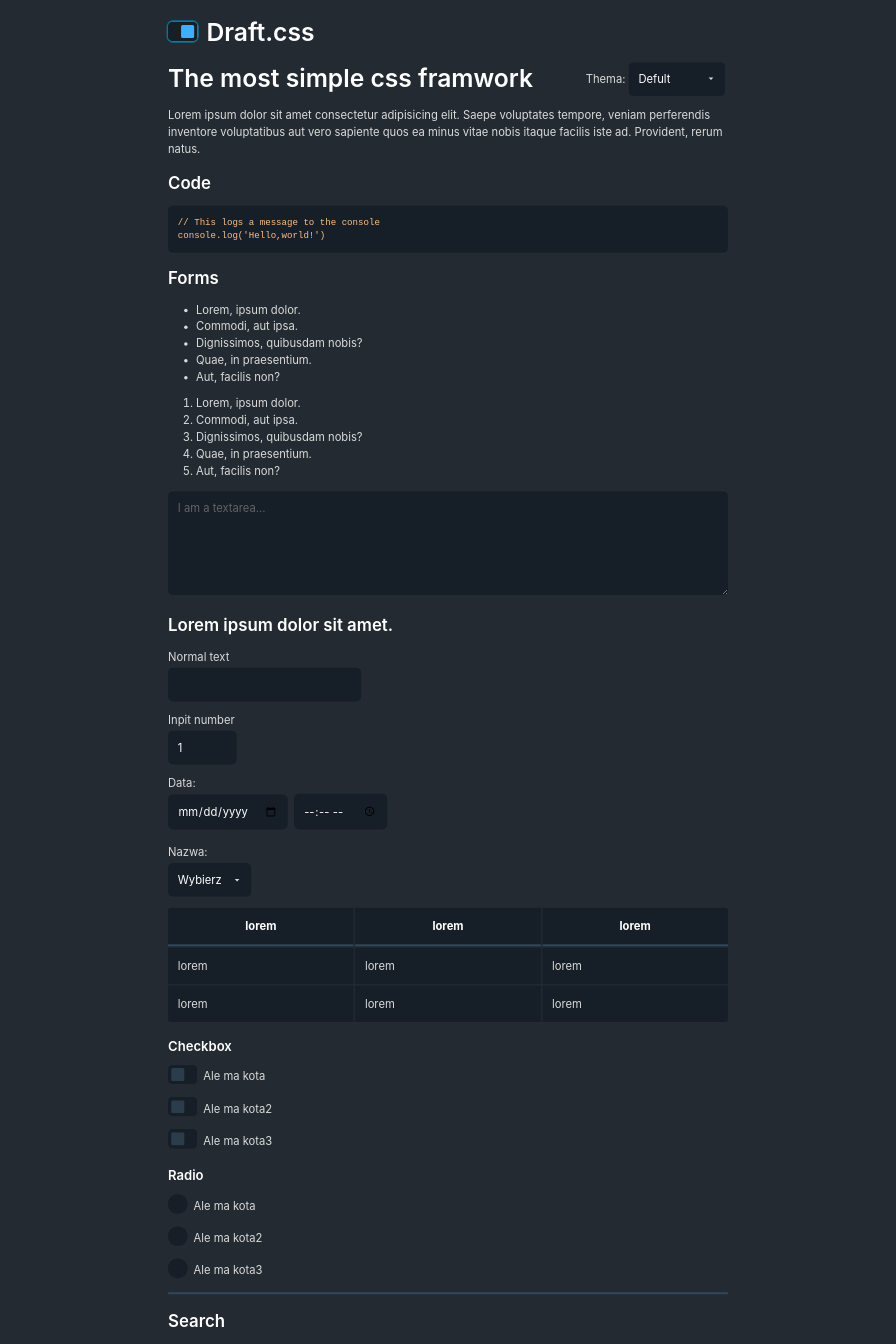
Repository: KozakBartosz/Draft
Page: index.html
These files come from the project's save history. The page is drawn as it stood at one moment and after the next save; the edit follows.
The browser window is 1280 px wide. The pictures show the part of the page from y = 0 to 1920 px (the page is 3535 px tall before and 3549 px after), at 70% of full size.

Above is the page before, as saved 2019-04-12 08:09:05.

### index.html
<!DOCTYPE html>
<html lang="en">
	<head>
		<meta charset="UTF-8" />
		<meta name="viewport" content="width=device-width, initial-scale=1.0" />
		<meta http-equiv="X-UA-Compatible" content="ie=edge" />
		<title>Draft.css</title>
		<link rel="stylesheet" href="draft.css" />
	</head>
	<body>
		<h1><input type="checkbox" checked="checked" /> Draft.css</h1>
		<div style="float: right">
			Thema:
			<select name="" id="changethema">
				<option value="0">Defult</option>
				<option value="1">Defult mini</option>
				<option value="2">Light</option>
				<option value="3">Blood</option>
				<option value="4">Matrix</option>
			</select>
		</div>
		<h1>The most simple css framwork</h1>

		<p>
			Lorem ipsum dolor sit amet consectetur adipisicing elit. Saepe
			voluptates tempore, veniam perferendis inventore voluptatibus aut
			vero sapiente quos ea minus vitae nobis itaque facilis iste ad.
			Provident, rerum natus.
		</p>

		<h2>Code</h2>
		<pre><code>// This logs a message to the console<br />console.log('Hello,world!')</code></pre>
		<h2>Forms</h2>

		<ul>
			<li>Lorem, ipsum dolor.</li>
			<li>Commodi, aut ipsa.</li>
			<li>Dignissimos, quibusdam nobis?</li>
			<li>Quae, in praesentium.</li>
			<li>Aut, facilis non?</li>
		</ul>
		<ol>
			<li>Lorem, ipsum dolor.</li>
			<li>Commodi, aut ipsa.</li>
			<li>Dignissimos, quibusdam nobis?</li>
			<li>Quae, in praesentium.</li>
			<li>Aut, facilis non?</li>
		</ol>
		<textarea
			name="about"
			id="about"
			placeholder="I am a textarea..."
			rows="6"
		></textarea>
		<h2>Lorem ipsum dolor sit amet.</h2>
		<label>
			Normal text
			<input type="text" />
		</label>
		<label>
			Inpit number <input type="number" / value="1">
		</label>
		Data:
		<div>
			<input type="date" />
			<input type="time" />
		</div>
		<label>
			Nazwa:
			<select name="" id="">
				<option value="">Wybierz</option>
				<option value="">jeden</option>
				<option value="">dwa</option>
				<option value="">trzy</option>
			</select>
		</label>

		<table>
			<tr>
				<th>lorem</th>
				<th>lorem</th>
				<th>lorem</th>
			</tr>
			<tr>
				<td>lorem</td>
				<td>lorem</td>
				<td>lorem</td>
			</tr>
			<tr>
				<td>lorem</td>
				<td>lorem</td>
				<td>lorem</td>
			</tr>
		</table>

		<h3>Checkbox</h3>
		<label> <input type="checkbox" /> Ale ma kota </label>

		<label> <input type="checkbox" /> Ale ma kota2 </label>

		<label> <input type="checkbox" /> Ale ma kota3 </label>

		<h3>Radio</h3>
		<label> <input type="radio" name="radio" /> Ale ma kota </label>
		<label> <input type="radio" name="radio" /> Ale ma kota2 </label>
		<label> <input type="radio" name="radio" /> Ale ma kota3 </label>

		<hr />

		<h2>Search</h2>

		<fieldset class="search">
			<legend>Szukaj</legend>
			<form action="produkty,szukaj" method="get">
				<input
					type="text"
					name="q"
					placeholder="Wpisz czego szukasz..."
				/>
				<button>Szukaj</button>
			</form>
		</fieldset>

		<h2>Change button color by html</h2>

		<h2>Code</h2>
		<pre><code>&lt;button&gt;Exit&lt;/button&gt;<br>&lt;button style="--button: #7e1616; --buttonhover: #b40d0d;"&gt;
	Ok<br>&lt;/button&gt;</code></pre>

		<h3>result</h3>
		<button>Exit</button>
		<button style="--button: #7e1616; --buttonhover: #b40d0d;">
			Ok
		</button>

		<h2>Details</h2>

		<details>
			<summary>Szczypta detali</summary>
			<p>Informacje szczegółowe na dany temat.</p>
		</details>

		<details open>
			<summary>Jeszcze wiecej szczegółów</summary>
			<p>Tu jest jeszcze wiecej informacji szczegółowych</p>
		</details>

		<h2>Real Form</h2>

		<form>
			<label for="email">Email</label>
			<input
				type="email"
				name="email"
				id="email"
				placeholder="john.doe@gmail.com"
			/>

			<label for="id">User id (read only)</label>
			<input readonly="" name="id" id="id" value="04D6H89Z" />

			<label for="disabled">Random disabled input</label>
			<input
				disabled=""
				name="disabled"
				id="disabled"
				placeholder="Because why not?"
			/>

			<label for="about">About me</label>

			<input type="checkbox" name="remember" id="remember" checked="" />
			<label for="remember">Remember me</label>

			<input type="submit" />
		</form>

		<p>
			<strong>Lorem ipsum</strong> dolor sit,
			<a href="">amet consectetur adipisicing</a> elit.
			<i>Hic nobis</i> atque eligendi voluptatum doloribus rem praesentium
			veniam quo delectus explicabo, architecto ipsam ipsa unde vitae
			excepturi iusto nesciunt placeat ducimus.
		</p>
		<p>
			Lorem ipsum dolor sit amet consectetur adipisicing elit. Enim saepe
			quisquam delectus accusantium nam recusandae obcaecati ullam, non
			neque <a href="">commodi modi tempore </a>magni magnam. Tenetur
			officiis mollitia facere libero sint.
		</p>
		<h4>Lorem ipsum dolor sit amet.</h4>
		<p>
			Lorem ipsum dolor, sit amet consectetur adipisicing elit. Possimus,
			vero quibusdam. Rerum libero nihil aspernatur, ipsam vel voluptatem
			inventore quasi. Odit, sapiente? Delectus beatae laudantium sapiente
			cupiditate et libero? Corrupti.
		</p>

		<button>Send</button>
		<script>
			var themes = [
				[
					{ brand: "#41adff" },
					{ mainbg: "#232a31" },
					{ mainpaddng: "14px" },
					{ radius: "7px" },

					{ low: "#161f27" },
					{ like: "#2b3c4b" },
					{ midi: "#324759" },
					{ hight: "#0b7392" },

					{ text: "#dbdbdb" },
					{ textContrast: "#fff" },

					{ code: "#ffbe85" },

					{ button: "#2b3c4a" },
					{ buttonhover: "#334a5e" },
					{ buttontext: "#fff" },

					{ fillhover: "#1b2731" }
				],
				[
					{ brand: "#41adff" },
					{ mainbg: "#232a31" },
					{ mainpaddng: "12px" },
					{ radius: "12px" },

					{ low: "#161f27" },
					{ like: "#2b3c4b" },
					{ midi: "#324759" },
					{ hight: "#0b7392" },

					{ text: "#dbdbdb" },
					{ textContrast: "#fff" },

					{ code: "#ffbe85" },

					{ button: "#2b3c4a" },
					{ buttonhover: "#334a5e" },
					{ buttontext: "#fff" },

					{ fillhover: "#1b2731" }
				],
				[
					{ brand: "#41adff" },
					{ mainbg: "#ffffff" },
					{ mainpaddng: "14px" },
					{ radius: "7px" },

					{ low: "#e8f1fa" },
					{ like: "#cfe2f7" },
					{ midi: "#b2cee7" },
					{ hight: "#1db5e4" },

					{ text: "#3f4646" },
					{ textContrast: "#1a1f1f" },

					{ code: "#20595f" },

					{ button: "#3dcca1" },
					{ buttonhover: "#34e0ad" },
					{ buttontext: "#fff" },

					{ fillhover: "#e8f5ff" }
				],
				[
					{ mainpaddng: "18px" },
					{ radius: "3px" },
					{ brand: "#c21a1a" },
					{ mainbg: "#312323" },

					{ code: "#ffbe85" },

					{ text: "#dbdbdb" },
					{ textContrast: "#fff" },

					{ button: "#4a2b2b" },
					{ buttonhover: "#5e3333" },
					{ buttontext: "#fff" },

					{ fillhover: "#311b1b" },

					{ low: "#271616" },
					{ like: "#4b2b2b" },
					{ midi: "#593232" },
					{ hight: "#800f0f" }
				],
				[
					{ mainpaddng: "11px" },
					{ radius: "13px" },
					{ brand: "#1ac260" },
					{ mainbg: "#233126" },

					{ code: "#c0ff85" },

					{ text: "#dbdbdb" },
					{ textContrast: "#fff" },

					{ button: "#324a2b" },
					{ buttonhover: "#385e33" },
					{ buttontext: "#fff" },

					{ fillhover: "#1b3122" },

					{ low: "#162717" },
					{ like: "#2b4b2e" },
					{ midi: "#32593f" },
					{ hight: "#0f803a" }
				]
			];

			let changethema = document.getElementById("changethema");
			let root = document.documentElement;
			changethema.addEventListener("change", e => {
				console.log(e);
				var theme = themes[e.target.value];
				theme.forEach(element => {
					var k = Object.keys(element)[0];
					root.style.setProperty("--" + k, element[k]);
				});
			});
		</script>
	</body>
</html>

### draft.css
/* TO DO */
/* <details> */
:root {
	--brand: #41adff;
	--mainbg: #232a31;
	--mainpaddng: 14px;
	--radius: 7px;

	--low: #161f27;
	--like: #2b3c4b;
	--midi: #324759;
	--hight: #0b7392;

	--text: #dbdbdb;
	--textContrast: #fff;

	--code: #ffbe85;

	--button: #2b3c4a;
	--buttonhover: #334a5e;
	--buttontext: #fff;

	--fillhover: #1b2731;
}
/*
:root {
	--brand: #41adff;
	--mainbg: #ffffff;
	--mainpaddng: 14px;
	--radius: 7px;

	--low: #e8f1fa;
	--like: #cfe2f7;
	--midi: #b2cee7;
	--hight: #1db5e4;

	--text: #3f4646;
	--textContrast: #1a1f1f;

	--code: #20595f;

	--button: #3dcca1;
	--buttonhover: #34e0ad;
	--buttontext: #fff;

	--fillhover: #e8f5ff;
} */

/* :root {
	--mainpaddng: 18px;
	--radius: 3px;
	--brand: #c21a1a;
	--mainbg: #312323;

	--code: #ffbe85;

	--text: #dbdbdb;
	--textContrast: #fff;

	--button: #4a2b2b;
	--buttonhover: #5e3333;
	--buttontext: #fff;

	--fillhover: #311b1b;

	--low: #271616;
	--like: #4b2b2b;
	--midi: #593232;
	--hight: #800f0f;
} */

/* :root {
	--mainpaddng: 11px;
	--radius: 13px;
	--brand: #1ac260;
	--mainbg: #233126;

	--code: #c0ff85;

	--text: #dbdbdb;
	--textContrast: #fff;

	--button: #324a2b;
	--buttonhover: #385e33;
	--buttontext: #fff;

	--fillhover: #1b3122;

	--low: #162717;
	--like: #2b4b2e;
	--midi: #32593f;
	--hight: #0f803a;
} */
body {
	font-family: -apple-system, BlinkMacSystemFont, "Segoe UI", "Roboto",
		"Oxygen", "Ubuntu", "Cantarell", "Fira Sans", "Droid Sans",
		"Helvetica Neue", sans-serif;
	line-height: 1.5;
	max-width: 800px;
	margin: 20px auto;
	padding: 0 var(--mainpaddng);
	color: var(--text);
	background: var(--mainbg);
	text-rendering: optimizeLegibility;
}

label {
	display: block;
}

button,
input,
textarea {
	vertical-align: middle;
	transition: background-color 0.2s ease, box-shadow 0.2s ease,
		transform 0.2s ease;
}
h1 {
	font-size: 2.2em;
	margin-top: 0;
}
h1,
h2,
h3,
h4,
h5,
h6 {
	margin-bottom: 12px;
}
h1,
h2,
h3,
h4,
h5,
h6,
strong {
	color: var(--textContrast);
	font-weight: 600;
}
button,
input[type="submit"],
input[type="button"],
input[type="checkbox"],
input[type="radio"] {
	cursor: pointer;
	display: inline-block;
}

input,
select,
button,
textarea {
	/* display: block; */
	color: var(--textContrast);
	background-color: var(--low);
	font-family: inherit;
	font-size: inherit;
	margin: 4px 4px 6px 0;
	padding: var(--mainpaddng);
	border: none;
	border-radius: var(--radius);
	outline: none;
	-webkit-appearance: none;
}
input[type="number"] {
	max-width: calc(var(--mainpaddng) * 5);
}

button:hover,
input:hover,
select:hover,
textarea:hover,
textarea:hover {
	background-color: var(--fillhover);
}

label > input,
label > select {
	display: block;
}

textarea {
	margin-right: 0;
	width: 100%;
	box-sizing: border-box;
	resize: vertical;
}
button,
input[type="submit"],
input[type="button"] {
	color: var(--buttontext);
	background-color: var(--button);
	padding: var(--mainpaddng) calc(var(--mainpaddng) * 2);
}

select {
	padding-right: calc(var(--mainpaddng) * 3);
	background: var(--low)
		url("data:[embedded picture, 198 characters]")
		100% 50%/27px 7px no-repeat;
}

input:focus,
select:focus,
button:focus,
textarea:focus {
	background-color: var(--fillhover);
	box-shadow: 0 0 0 2px var(--hight);
}

button:focus,
input[type="submit"]:focus,
input[type="button"]:focus {
	background-color: var(--buttonhover);
}

button:hover,
input[type="submit"]:hover,
input[type="button"]:hover {
	background-color: var(--buttonhover);
	box-shadow: 0 5px 20px -5px rgba(0, 0, 0, 0.35), 0 3px 0 0 var(--button);
	transform: translateY(-3px);
}
button:active {
	transform: translateY(0px);
	box-shadow: 0 5px 20px -5px rgba(0, 0, 0, 0.35);
}

input:disabled {
	cursor: not-allowed;
	opacity: 0.5;
}

input[type="radio"],
input[type="checkbox"] {
	margin-top: -2px;
	transition: background-color 0.25s ease,
		box-shadow 0.25s cubic-bezier(0.53, 1.59, 0.51, 1);
}
input[type="checkbox"] {
	background-color: var(--like);
	width: calc(var(--mainpaddng) * 3);
	box-shadow: calc(var(--mainpaddng) * -1) 0 0 calc(var(--mainpaddng) / 3)
			var(--low) inset,
		0 0 0 calc(var(--mainpaddng) / 3) var(--low) inset;
}
input[type="checkbox"]:hover,
input[type="radio"]:hover {
	background-color: var(--midi);
}
input[type="checkbox"]:focus {
	box-shadow: calc(var(--mainpaddng) * -1) 0 0 calc(var(--mainpaddng) / 3)
			var(--low) inset,
		0 0 0 calc(var(--mainpaddng) / 3) var(--low) inset,
		0 0 0 2px var(--hight);
}

input[type="radio"] {
	border-radius: 100%;
	box-shadow: 0 0 0 calc(var(--mainpaddng) / 2) var(--low) inset;
}
input[type="checkbox"]:checked,
input[type="radio"]:checked {
	box-shadow: 0 0 0 calc(var(--mainpaddng) / 3) var(--low) inset,
		0 0 0 2px var(--hight), 0 0 0 1px var(--low);
	background-color: var(--brand);
}

input[type="checkbox"]:checked {
	box-shadow: var(--mainpaddng) 0 0 calc(var(--mainpaddng) / 3) var(--low)
			inset,
		0 0 0 calc(var(--mainpaddng) / 3) var(--low) inset,
		0 0 0 2px var(--hight);
}

::placeholder {
	color: #636363;
}
a {
	text-decoration: none;
	color: var(--hight);
}
a:hover {
	text-decoration: underline;
	color: var(--brand);
}
ul,
ol,
label,
code,
p {
	margin: var(--mainpaddng) 0;
}

code,
kbd {
	background: var(--low);
	color: var(--code);
	padding: var(--mainpaddng);
	border-radius: var(--radius);
}
/* pre {
	margin: 0 calc(var(--mainpaddng) * -1);
} */
pre > code {
	display: block;
	overflow-x: auto;
}
img {
	max-width: 100%;
}
hr {
	margin: var(--mainpaddng) 0;
	border: none;
	height: 3px;
	border-radius: calc(var(--radius) / 6);
	background: var(--midi);
}
fieldset {
	border: 3px solid var(--midi);
	border-radius: var(--radius);
}
fieldset > legend {
	font-weight: 600;
	color: var(--textContrast);
	padding: calc(var(--mainpaddng) / 2) calc(var(--mainpaddng));
}

details {
	border: 3px solid var(--midi);
	border-radius: var(--radius);
	background: var(--like);
}

table {
	/* border-collapse: collapse; */
	margin: var(--mainpaddng) -2px;
	border-radius: calc(var(--radius) + 4px);
	width: calc(100% + 4px);
	overflow: hidden;
	border-spacing: 2px;
}
td,
th {
	padding: var(--mainpaddng);
	background: var(--low);
}
th {
	border-bottom: 3px solid var(--midi);
	color: var(--textContrast);
}
tr:hover td,
tr:hover th {
	background-color: var(--fillhover);
}

After the next save:
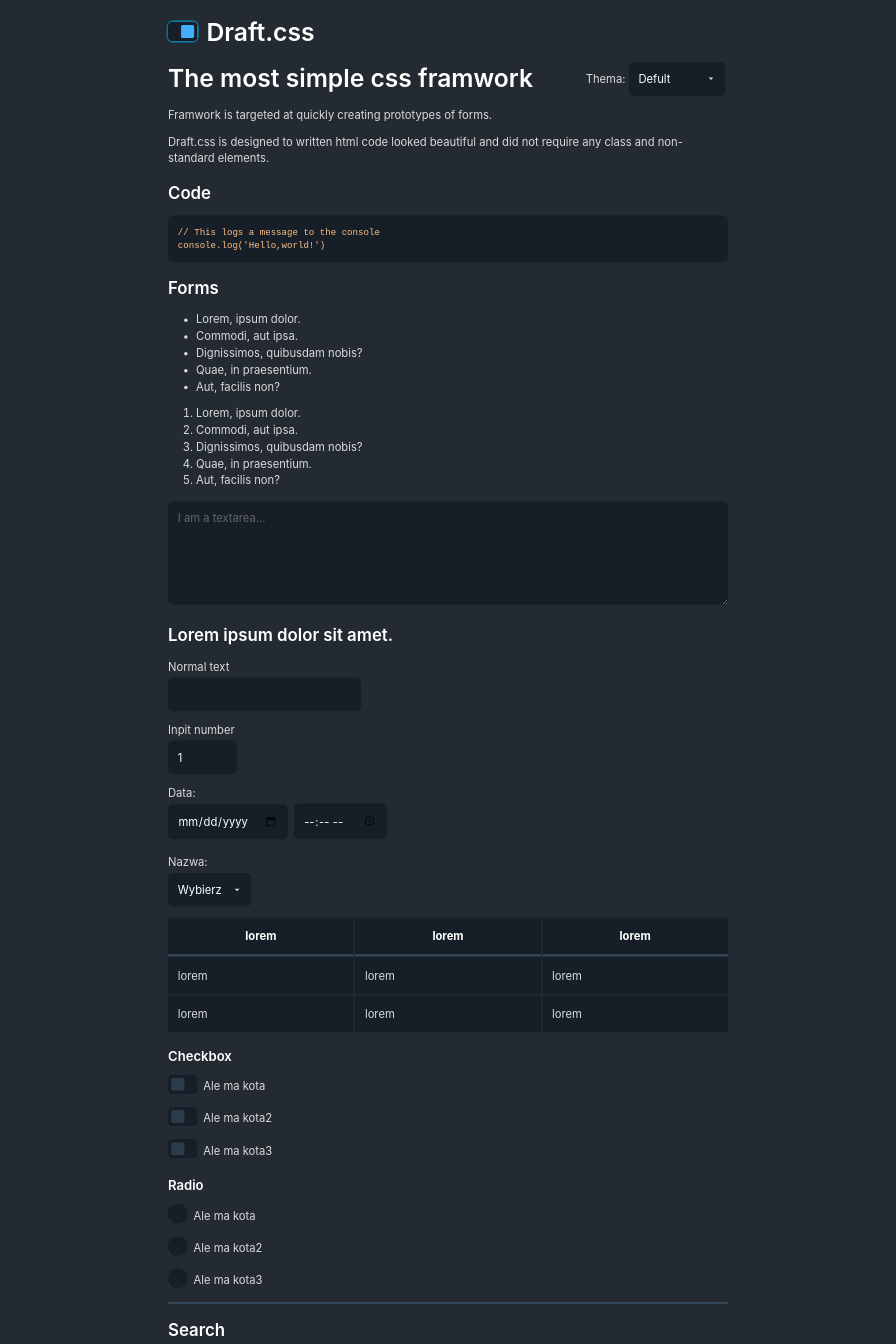
Saved 5 min 30 s later.
--- a/index.html
+++ b/index.html
@@ -22,10 +22,11 @@
 		<h1>The most simple css framwork</h1>
 
 		<p>
-			Lorem ipsum dolor sit amet consectetur adipisicing elit. Saepe
-			voluptates tempore, veniam perferendis inventore voluptatibus aut
-			vero sapiente quos ea minus vitae nobis itaque facilis iste ad.
-			Provident, rerum natus.
+			Framwork is targeted at quickly creating prototypes of forms.
+		</p>
+		<p>
+			Draft.css is designed to written html code looked beautiful and did
+			not require any class and non-standard elements.
 		</p>
 
 		<h2>Code</h2>
